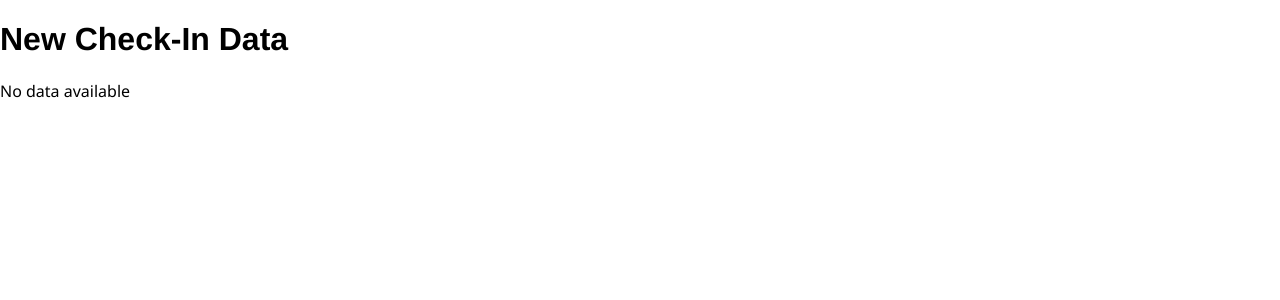
Repository: kaizoku010/mirrorscreenapp
Page: /validate
The author's editor kept a copy of each file at every save. The page is drawn from the files as they stood at one save, then again after a run of saves.
The browser window is 1280 px wide. The pictures show the whole page.
The project was rebuilt for these pictures with package versions that can differ from the ones it lists, and the page was loaded fresh each time. Also part of the build but not shown: src/App.js, src/atoms/printMe.css, src/temps/TicketTemplate.js, src/atoms/PrintMe.js, src/operations/firebase.js, src/atoms/homeAtom.css, src/atoms/HomeAtom.js, src/Sections/Home.js.

Above is the page before, as saved 2024-06-18 04:00:52.

After the next 5 saves:
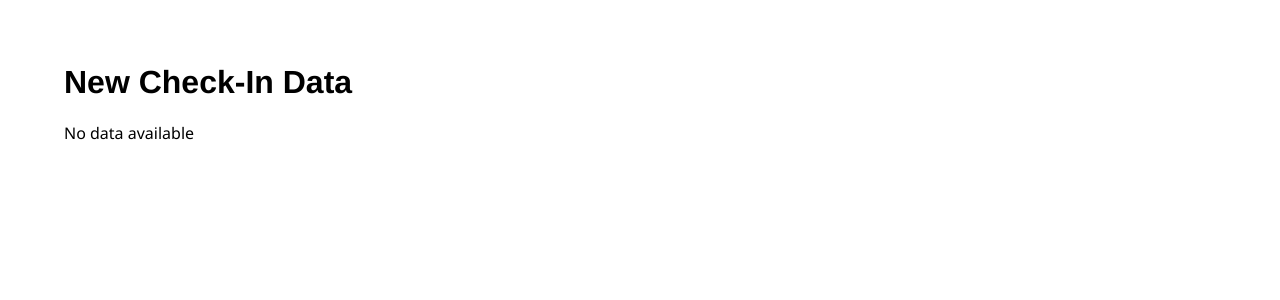
The 5 saves are shown as one change because they came seconds apart.
The last was saved 11 s later.
--- a/src/atoms/valuser.css
+++ b/src/atoms/valuser.css
@@ -14,3 +14,7 @@
     font-family: 'Franklin Gothic Medium', 'Arial Narrow', Arial, sans-serif;
 
 }
+
+.card-data{
+    margin: 5%;
+}
